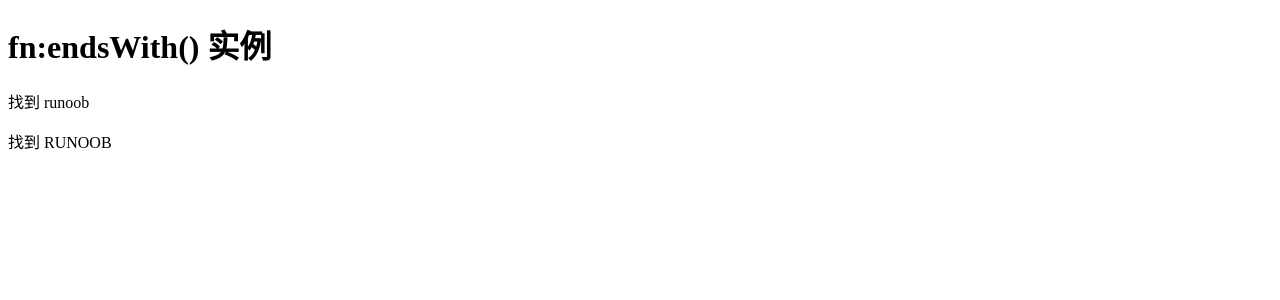
Repository: eterinfi/java
Page: http://localhost/JSPDemo/JSTLDemo/functions/fn_endsWith.jsp
The author's editor kept a copy of each file at every save. The page is drawn from the files as they stood at one save, then again after the next save.
The browser window is 1280 px wide. The pictures show the whole page.
The page is served by Tomcat 9. Other server files are loaded and not shown.

Above is the page before, as saved 2016-11-16 04:50:01.

### jee/JSPDemo/WebContent/JSTLDemo/functions/fn_endsWith.jsp
<%@ page language="java" contentType="text/html; charset=UTF-8"
    pageEncoding="UTF-8"%>
<%@ taglib prefix="c" uri="http://java.sun.com/jsp/jstl/core" %>
<%@ taglib prefix="fn" uri="http://java.sun.com/jsp/jstl/functions" %>
<!DOCTYPE html PUBLIC "-//W3C//DTD HTML 4.01 Transitional//EN" "http://www.w3.org/TR/html4/loose.dtd">
<html>
<head>
  <meta http-equiv="Content-Type" content="text/html; charset=UTF-8">
  <title>JSTL fn:endsWith 函数实例</title>
</head>
<body>
  <h1>fn:endsWith() 实例</h1>
  <c:set var="theString" value="I am from runoob" />
  <c:if test="${fn:containsIgnoreCase(theString, 'runoob')}">
    <p>找到 runoob</p>
  </c:if>
  <c:if test="${fn:containsIgnoreCase(theString, 'RUNOOB')}">
    <p>找到 RUNOOB</p>
  </c:if>
</body>
</html>

After the next save:
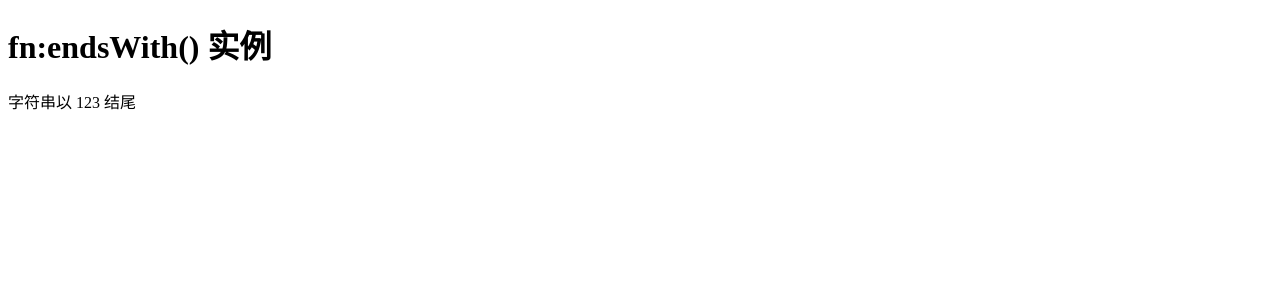
Saved 72 s later.
--- a/jee/JSPDemo/WebContent/JSTLDemo/functions/fn_endsWith.jsp
+++ b/jee/JSPDemo/WebContent/JSTLDemo/functions/fn_endsWith.jsp
@@ -10,12 +10,12 @@
 </head>
 <body>
   <h1>fn:endsWith() 实例</h1>
-  <c:set var="theString" value="I am from runoob" />
-  <c:if test="${fn:containsIgnoreCase(theString, 'runoob')}">
-    <p>找到 runoob</p>
+  <c:set var="theString" value="I am from runoob 123" />
+  <c:if test="${fn:endsWith(theString, '123')}">
+    <p>字符串以 123 结尾</p>
   </c:if>
-  <c:if test="${fn:containsIgnoreCase(theString, 'RUNOOB')}">
-    <p>找到 RUNOOB</p>
+  <c:if test="${fn:endsWith(theString, 'runoob')}">
+    <p>字符串以 runoob 结尾</p>
   </c:if>
 </body>
 </html>
